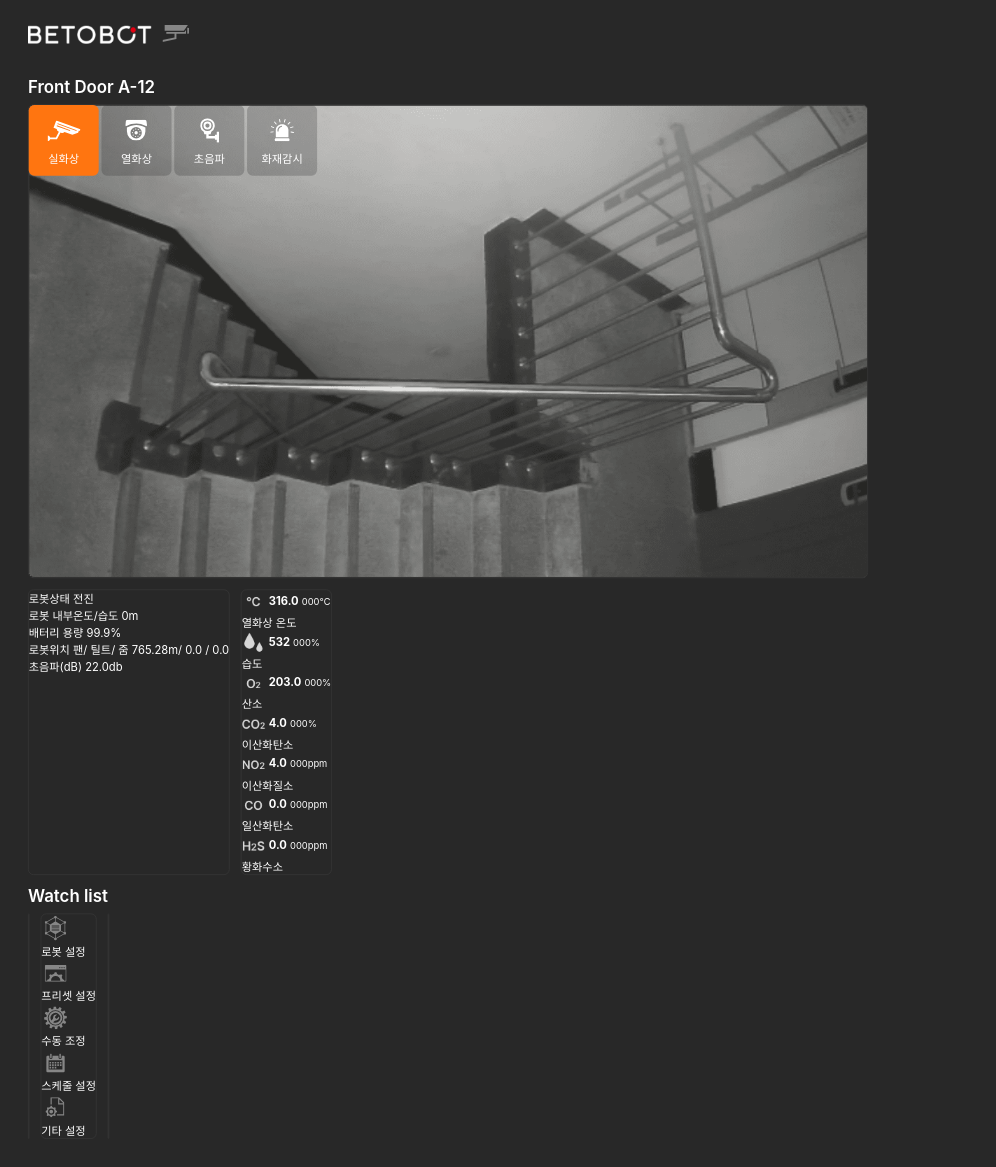
Repository: jang0ha/betobot
Page: content/main/main.html
These files come from the project's save history. The page is drawn as it stood at one moment and after the next save; the edit follows.
The browser window is 1280 px wide. The page is 1280 px wide, then 1423 px, so the pictures cover 1423 px, including what lies to the right of the window. The pictures show the whole page, at 70% of full size.
Some web fonts or font styles are not loaded; a fallback is used. The style sheet was rebuilt from its Sass, Less or Tailwind sources for each picture, by a compiler version that may differ from the author's.

Above is the page before, as saved 2022-07-12 17:35:31.

### content/main/main.html
<!DOCTYPE html>
<html lang="en">

<head>
    <meta charset="UTF-8">
    <meta http-equiv="X-UA-Compatible" content="IE=edge">
    <meta name="viewport" content="width=device-width, initial-scale=1.0">
    <meta name="viewport" content="width=device-width, user-scalable=no, initial-scale=1.0">
    <meta name="format-detection" content="telephone=no">
    <title>BETOBOT</title>

    <!-- 스타일 css -->
    <link rel="stylesheet" href="/resources/css/style.css">



    <!-- 제이쿼리 js -->
    <script src="/resources/js/jquery/jquery.min.js"></script>
    <script src="/resources/lib/jquery-ui/jquery-ui.min.js"></script>

    <!-- gsap -->
    <script src="/resources/lib/gsap/gsap.min.js"></script>
</head>
<body id="main">
    <div id="wrap">
        <!-- 헤더 -->
        <div id="header-block">
            <header>
                <div class="container">
                    <div class="header-wrap">
                        <a href="/content/main/main.html" class="logo-wrap">
                            <img src="../../resources/images/icon-logo.png" alt="BETOBOT 로고 이미지" class="logo">
                            <img src="../../resources/images/icon-camera.svg" alt="로고 카메라 이미지" class="logo-camera">
                        </a>
                    </div>
                </div>
            </header>
        </div>

        <!-- 컨텐츠 -->
        <div id="content-block">
            <main id="content" role="main">
                <div class="container">
                    <div class="row-wrap">
                        <div class="left-container">
                            <div class="title">Front Door A-12</div>
                            <div class="row-wrap">
                                <div class="front-list-wrap card" style="background-image:url('../../resources/images/@sample-front-img.png')">
                                    <ul>
                                        <li>
                                            <a href="javascript:;"  class="active">
                                                <i class="icon-front-camera"></i>
                                                <p>실화상</p>
                                            </a>
                                        </li>
                                        <li>
                                            <a href="javascript:;" >
                                                <i class="icon-front-temper"></i>
                                                <p>열화상</p>
                                            </a>
                                        </li>
                                        <li>
                                            <a href="javascript:;">
                                                <i class="icon-front-wave"></i>
                                                <p>초음파</p>
                                            </a>
                                        </li>
                                        <li>
                                            <a href="javascript:;">
                                                <i class="icon-front-fire"></i>
                                                <p>화재감시</p>
                                            </a>
                                        </li>
                                    </ul>
                                </div>

                                <div class="robot-information-wrap card">
                                    <div class="front-btn-wrap">
                                        <ul>
                                            <li>
                                                <span class="index">로봇상태</span>
                                                <span class="index-information">전진</span>
                                            </li>
                                            <li>
                                                <span class="index">로봇 내부온도/습도</span>
                                                <span class="index-information">0m</span>
                                            </li>
                                            <li>
                                                <span class="index">배터리 용량</span>
                                                <span class="index-information">99.9%</span>
                                            </li>
                                            <li>
                                                <span class="index">로봇위치 팬/ 틸트/ 줌</span>
                                                <span class="index-information">765.28m/ 0.0 / 0.0</span>
                                            </li>
                                            <li>
                                                <span class="index">초음파(dB)</span>
                                                <span class="index-information">22.0db</span>
                                            </li>
                                        </ul>
                                    </div>
                                </div>

                                <div class="sensor-information-wrap card">
                                    <ul>
                                        <li>
                                            <i class="icon-info-temper"></i>
                                            <strong>316.0</strong>
                                            <small>000℃</small>
                                            <p class="name">열화상 온도</p>
                                        </li>
                                        <li>
                                            <i class="icon-info-humidity"></i>
                                            <strong>532</strong>
                                            <small>000%</small>
                                            <p class="name">습도</p>
                                        </li>
                                        <li>
                                            <i class="icon-info-o2"></i>
                                            <strong>203.0</strong>
                                            <small>000%</small>
                                            <p class="name">산소</p>
                                        </li>
                                        <li>
                                            <i class="icon-info-co2"></i>
                                            <strong>4.0</strong>
                                            <small>000%</small>
                                            <p class="name">이산화탄소</p>
                                        </li>
                                        <li>
                                            <i class="icon-info-no2"></i>
                                            <strong>4.0</strong>
                                            <small>000ppm</small>
                                            <p class="name">이산화질소</p>
                                        </li>
                                        <li>
                                            <i class="icon-info-co"></i>
                                            <strong>0.0</strong>
                                            <small>000ppm</small>
                                            <p class="name">일산화탄소</p>
                                        </li>
                                        <li>
                                            <i class="icon-info-h2s"></i>
                                            <strong>0.0</strong>
                                            <small>000ppm</small>
                                            <p class="name">황화수소</p>
                                        </li>
                                    </ul>
                                </div>
                            </div>
                        </div>
                        <div class="right-contianer">
                            <div class="title">Watch list</div>
                            <div class="row-wrap">
                                <div class="watch-list-wrap card"></div>
                                <div class="watch-list-btn-wrap card">
                                    <ul>
                                        <li>
                                            <a href="">
                                                <i class="icon-menu-robot"></i>
                                                <p>로봇 설정</p>
                                            </a>
                                        </li>
                                        <li>
                                            <a href="">
                                                <i class="icon-menu-preset"></i>
                                                <p>프리셋 설정</p>
                                            </a>
                                        </li>
                                        <li>
                                            <a href="">
                                                <i class="icon-menu-handwork"></i>
                                                <p>수동 조정</p>
                                            </a>
                                        </li>
                                        <li>
                                            <a href="">
                                                <i class="icon-menu-schedule"></i>
                                                <p>스케줄 설정</p>
                                            </a>
                                        </li>
                                        <li>
                                            <a href="">
                                                <i class="icon-menu-etc"></i>
                                                <p>기타 설정</p>
                                            </a>
                                        </li>
                                    </ul>
                                </div>
                                <div class="watch-map card">

                                </div>
                            </div>
                        </div>
                    </div>
                </div>
            </main>
        </div>


        <!-- 푸터 -->
        <!-- <div id="footer-block">
            <footer>
            </footer>
        </div> -->
    </div>

    <!-- ui.js  -->
    <!-- <script src="/resources/js/ui.js"></script> -->

    <script>

    </script>
</body>

</html>

### resources/scss/style.scss
@import url('https://cdn.jsdelivr.net/gh/orioncactus/pretendard/dist/web/static/pretendard-dynamic-subset.css');

* {
    padding: 0;
    margin: 0;
}

html,body{
    margin:0;padding:0; width:100%; height:100%;
    font-family: 'Pretendard', -apple-system, BlinkMacSystemFont, system-ui, Roboto, 'Helvetica Neue', 'Segoe UI', 'Apple SD Gothic Neo', 'Noto Sans KR', 'Malgun Gothic', sans-serif;
    background:#282828;
    color:#fff;

    scrollbar-face-color: transparent;
	scrollbar-track-color: transparent;
	scrollbar-arrow-color: #fff;
	scrollbar-3dlight-color: none;
	scrollbar-shadow-color: #fff;
	scrollbar-darkshadow-color: none;
    scrollbar-color: #fff transparent;
    scrollbar-width: auto;
}
::-webkit-scrollbar{
	width: 8px;
	height: 8px;
	background-color: transparent;
}
::-webkit-scrollbar-track{
	border-radius: 0;
	background-color: transparent;
}
::-webkit-scrollbar-thumb{
	border-radius: 8px;
	background-color: #fff;
}
::-webkit-scrollbar-button {
    width: 0;
    height: 0;
}

ul,ol{
    list-style: none;
}
a{text-decoration: none; display: block; color:#fff;}

.container{
    width: calc(100% - 80px);
    padding:0 40px;
}


// 이미지
[class^=icon-]{display: inline-block;vertical-align: middle;background-repeat: no-repeat;background-position: 50% 50%; background-size: contain;}
[class^=icon-front-]{width:50px; height:50px;}
[class^=icon-info-]{width:34px; height:34px;}
[class^=icon-menu-]{width:40px; height:40px;}

.icon-front-camera{background-image: url('../images/icon-front-camera.svg');}
.icon-front-temper{background-image: url('../images/icon-front-temper.svg');}
.icon-front-wave{background-image: url('../images/icon-front-wave.svg');}
.icon-front-fire{background-image: url('../images/icon-front-fire.svg');}

.icon-info-temper{background-image: url('../images/icon-info-temper.png');}
.icon-info-humidity{background-image: url('../images/icon-info-humidity.png');}
.icon-info-o2{background-image: url('../images/icon-info-o2.png');}
.icon-info-co2{background-image: url('../images/icon-info-co2.png');}
.icon-info-no2{background-image: url('../images/icon-info-no2.png');}
.icon-info-co{background-image: url('../images/icon-info-co.png');}
.icon-info-h2s{background-image: url('../images/icon-info-h2s.png');}

.icon-menu-robot{background-image: url('../images/icon-menu-robot.svg');}
.icon-menu-preset{background-image: url('../images/icon-menu-preset.svg');}
.icon-menu-handwork{background-image: url('../images/icon-menu-handwork.svg');}
.icon-menu-schedule{background-image: url('../images/icon-menu-schedule.svg');}
.icon-menu-etc{background-image: url('../images/icon-menu-etc.svg');}


// 헤더
#header-block{
    padding:35px 0 5px 0;
    .logo-wrap{
        display: flex;
        align-items: flex-start;
        .logo{
            width: 176px;
            margin-right: 16px;
        }
    }
}

// 컨텐트
#content{
    padding:40px 0;
}

// 공통 시작
.row-wrap{
    display: flex;
    gap: 16px;
    flex-wrap: wrap;
}

.card{
    border-radius: 8px;
    border: solid 1px #393939;
}

.title{
    font-size: 24px;
    font-weight: 600;
    margin-bottom: 10px;
}

// 공통 끝

.left-container{
    flex:0 0 1200px;
}
.right-container{
    flex:0 0 auto;
}
.front-list-wrap{
    position: relative;
    width: 100%;
    height: 675px;
    .front-btn-wrap{
        position: absolute;
        right: 7px;
        top: 7px;
    }
    ul{

        display: flex;
        gap: 4px;

        li{
            flex:0 0 100px;
            a{
                display: flex;
                flex-direction: column;
                align-items: center;
                justify-content: center;
                padding:10px 0 13px 0;
                background-color: #2e2e2e40;
                border-radius: 8px;
                p{
                    margin-top: 4px;
                }
                &.active{
                    background-color: #ff7510;
                }
            }
        }
    }
}

Loaded but not shown: resources/js/jquery/jquery.min.js (library); resources/lib/jquery-ui/jquery-ui.min.js (library); resources/lib/gsap/gsap.min.js (library)

After the next save:
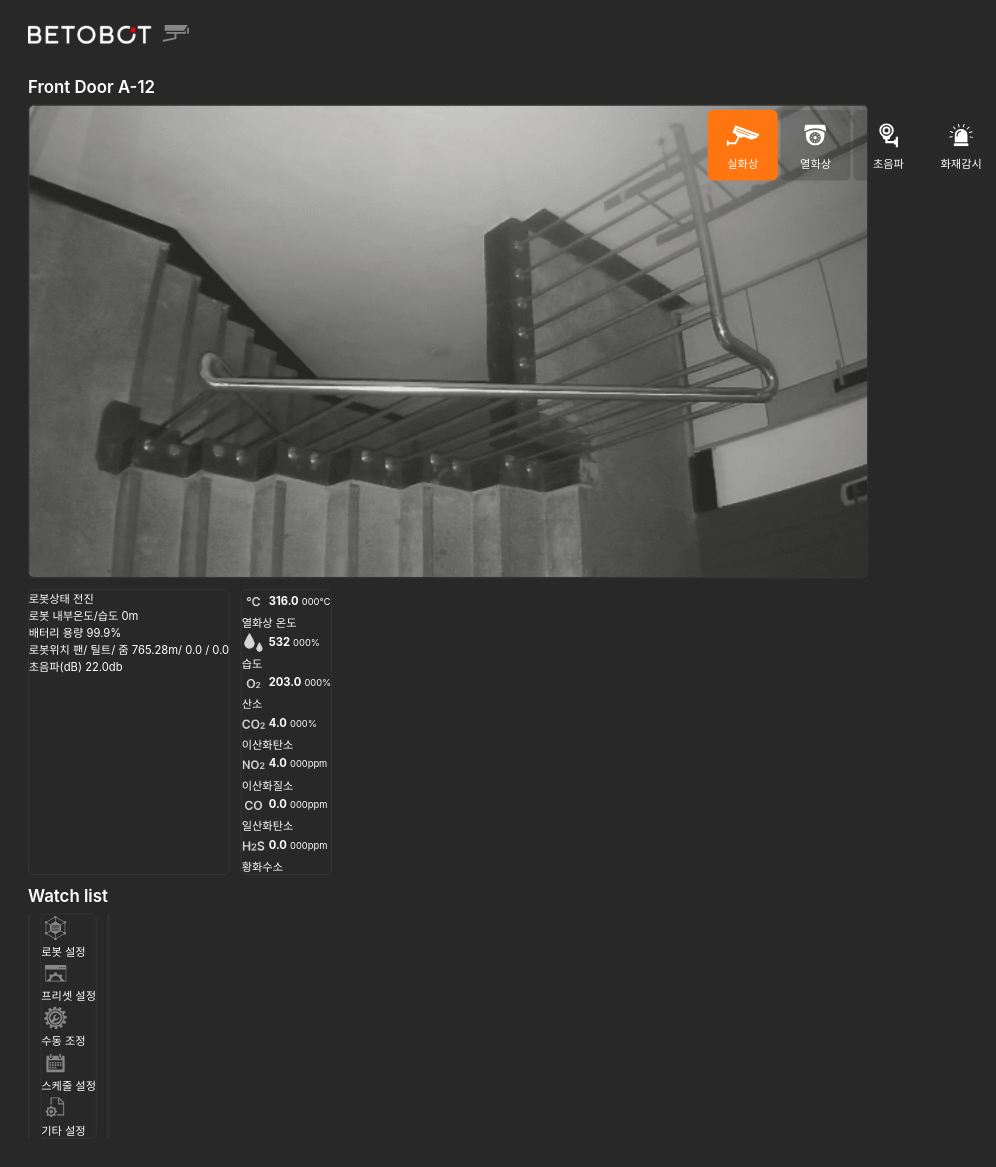
Saved 20 s later.
--- a/content/main/main.html
+++ b/content/main/main.html
@@ -46,32 +46,34 @@
                             <div class="title">Front Door A-12</div>
                             <div class="row-wrap">
                                 <div class="front-list-wrap card" style="background-image:url('../../resources/images/@sample-front-img.png')">
-                                    <ul>
-                                        <li>
-                                            <a href="javascript:;"  class="active">
-                                                <i class="icon-front-camera"></i>
-                                                <p>실화상</p>
-                                            </a>
-                                        </li>
-                                        <li>
-                                            <a href="javascript:;" >
-                                                <i class="icon-front-temper"></i>
-                                                <p>열화상</p>
-                                            </a>
-                                        </li>
-                                        <li>
-                                            <a href="javascript:;">
-                                                <i class="icon-front-wave"></i>
-                                                <p>초음파</p>
-                                            </a>
-                                        </li>
-                                        <li>
-                                            <a href="javascript:;">
-                                                <i class="icon-front-fire"></i>
-                                                <p>화재감시</p>
-                                            </a>
-                                        </li>
-                                    </ul>
+                                    <div class="front-btn-wrap">
+                                        <ul>
+                                            <li>
+                                                <a href="javascript:;"  class="active">
+                                                    <i class="icon-front-camera"></i>
+                                                    <p>실화상</p>
+                                                </a>
+                                            </li>
+                                            <li>
+                                                <a href="javascript:;" >
+                                                    <i class="icon-front-temper"></i>
+                                                    <p>열화상</p>
+                                                </a>
+                                            </li>
+                                            <li>
+                                                <a href="javascript:;">
+                                                    <i class="icon-front-wave"></i>
+                                                    <p>초음파</p>
+                                                </a>
+                                            </li>
+                                            <li>
+                                                <a href="javascript:;">
+                                                    <i class="icon-front-fire"></i>
+                                                    <p>화재감시</p>
+                                                </a>
+                                            </li>
+                                        </ul>
+                                    </div>
                                 </div>
 
                                 <div class="robot-information-wrap card">
